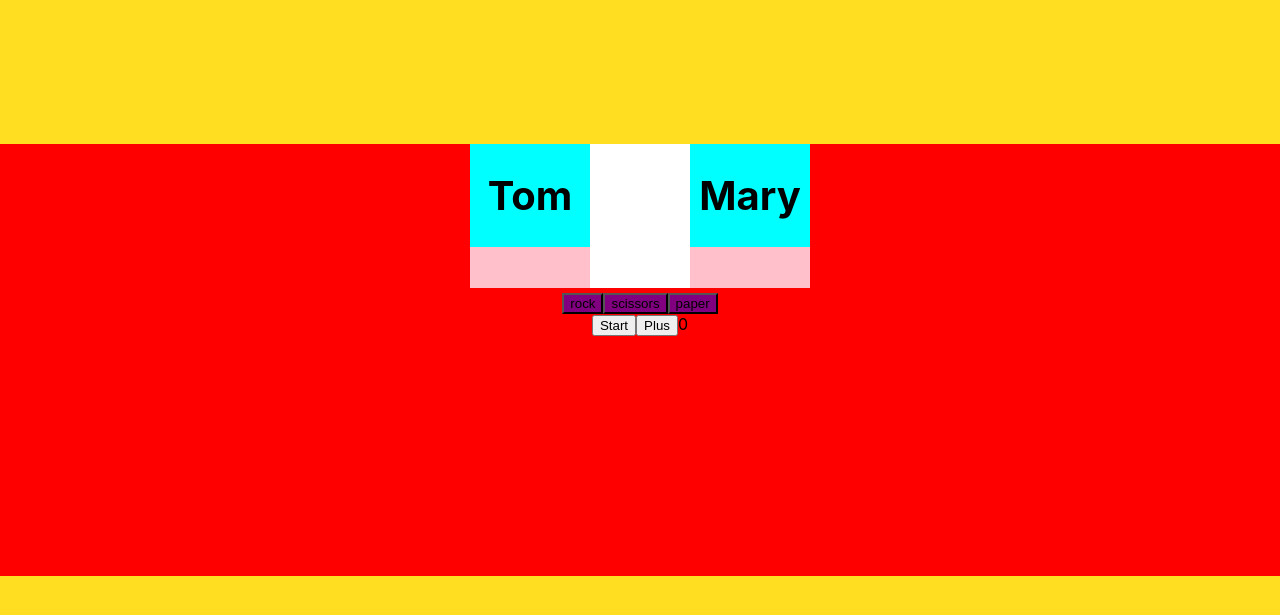
Repository: K009/Rock-Paper-Scissors
Page: /
These files come from the project's save history. The page is drawn as it stood at one moment and after the next save; the edit follows.
The browser window is 1280 px wide. The pictures show the whole page.
The project was rebuilt for these pictures with package versions that can differ from the ones it lists, and the page was loaded fresh each time.

Above is the page before, as saved 2020-05-13 09:17:32.

### src/App.js
import React, { Component } from "react";
import "./App.css";
import Player from "./components/Player";

const weapon = ["rock", "paper", "scissors"];

class App extends Component {
  constructor() {
    super();
    this.state = {
      playerOne: weapon[0],
      playerTwo: weapon[0],
      winner: "",
    };
    this.state = { counter: 0 };
  }

  startGame = () => {
    let counter = 0;
    let gameInterval = setInterval(() => {
      //to make a delay
      counter++;
      console.log(counter);
      this.setState({
        playerTwo: weapon[Math.floor(Math.random() * weapon.length)],
        winner: "",
      });
      if (counter > 5) {
        clearInterval(gameInterval);
        this.setState({
          winner: this.selectWinner(),
        });
      }
    }, 100);
  };

  selectWinner = () => {
    const { playerOne, playerTwo } = this.state;
    console.log("Player One: " + playerOne + "Player Two: " + playerTwo);
    if (playerOne === playerTwo) {
      console.log("It's a tie");
      return "It's a tie";
    } else if (
      (playerOne === "rock" && playerTwo === "scissors") ||
      (playerOne === "paper" && playerTwo === "rock") ||
      (playerOne === "scissors" && playerTwo === "paper")
    ) {
      return "Player one wins!";
    } else {
      return "Player two wins!";
    }
  };

  selectWeapon = (weapon) => {
    //in argument it gets a value that is going to be set for playerOne
    this.setState({
      playerOne: weapon, //here it gets changed
      winner: "", //winner without any changes - still ""
    });
  };

  increment() {
    this.setState({
      counter: this.state.counter + 1,
    });
  }

  render() {
    const { playerOne, playerTwo, winner } = this.state;
    return (
      <div className="App">
        <div className="Header" />
        <div className="Main-part">
          <div className="Players">
            <Player playerName="Tom" weapon={playerOne} />
            <div className="break"> </div>
            <Player playerName="Mary" weapon={playerTwo} />
          </div>
          <div className="buttons">
            <button
              className="weapon"
              onClick={() => this.selectWeapon("rock")}
            >
              rock
            </button>
            <button
              className="weapon"
              onClick={() => this.selectWeapon("scissors")}
            >
              scissors
            </button>
            <button
              className="weapon"
              onClick={() => this.selectWeapon("paper")}
            >
              paper
            </button>
          </div>
          <div className="winner">{winner ? this.selectWinner() : null}</div>
          <button className="start" onClick={this.startGame}>
            Start
          </button>
          <button onClick={this.increment.bind(this)}>Plus</button>
          <output>{this.state.counter}</output>
        </div>
        <footer />
      </div>
    );
  }
}

export default App;

### src/App.css
.Header {
  min-height: 20vh;
  text-align: center;
  justify-content: space-around;
  background-color: #ffde22;
  display: flex;
  flex-wrap: wrap;
}

.Main-part {
  background-color: red;
  min-height: 60vh;
  text-align: center;
}

.Players {
  background-color: pink;
  text-align: center;
  display: inline-block;
}

.break {
  width: 100px;
  min-height: 20vh;
  background-color: white;
  float: left;
}

.weapon {
  background-color: purple;
}

footer {
  min-height: 20vh;
  background-color: #ffde22;
  width: 100%;
  position: absolute;
  left: 0;
  bottom: 0;
}

### src/components/Player.js
import React from "react";
import style from "./player.module.css";

const Player = ({ playerName }) => {
  return (
    <div className={style.player}>
      <h1>{playerName}</h1>
    </div>
  );
};

export default Player;

### src/components/player.module.css
.player {
  background-color: aqua;
  font-size: 20px;
  text-align: center;
  width: 120px;
  float: left;
}

Loaded but not shown: public/index.html (common file); src/index.js (common file); src/index.css (common file); src/serviceWorker.js (common file)

After the next save:
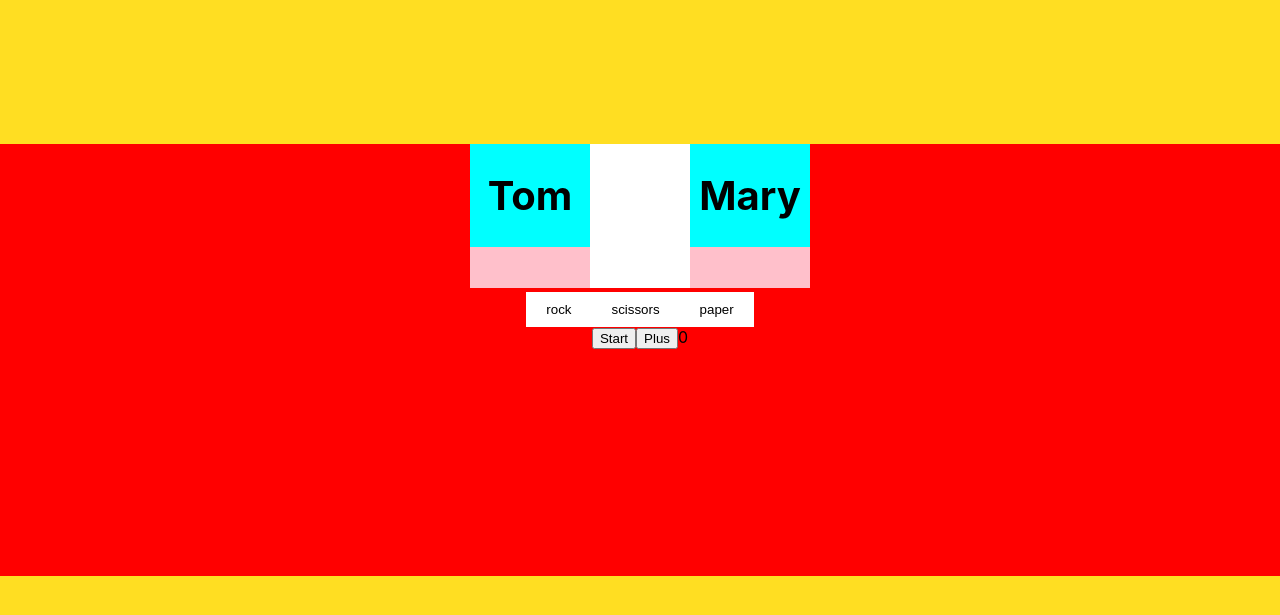
Saved 28 s later.
--- a/src/App.css
+++ b/src/App.css
@@ -27,7 +27,10 @@
 }
 
 .weapon {
-  background-color: purple;
+  background: white;
+  border: none;
+  padding: 10px 20px;
+  color: black;
 }
 
 footer {
